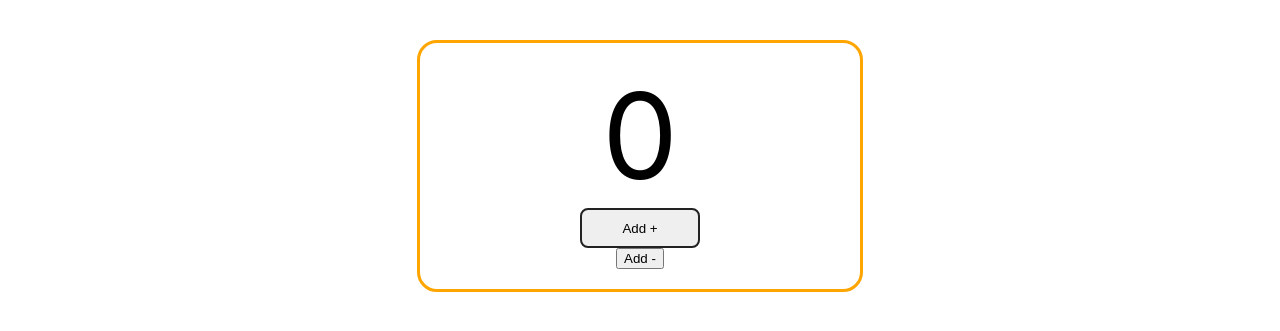
Repository: dnjfht/css-example
Page: /
The author's editor kept a copy of each file at every save. The page is drawn from the files as they stood at one save, then again after the next save.
The browser window is 1280 px wide. The pictures show the whole page.
The project was rebuilt for these pictures with package versions that can differ from the ones it lists, and the page was loaded fresh each time.

Above is the page before, as saved 2023-05-09 18:47:13.

### src/App.js
import React, { useState } from "react";
import Counter from "./components/Counter";

export default function App() {
  const [count, setCount] = useState(0);
  return (
    <div>
      <Counter count={count} setCount={setCount} />
    </div>
  );
}

### src/components/Counter.jsx
import React from "react";

export default function Counter({ count, setCount }) {
  const handleClickCountUp = () => {
    setCount(count + 1);
  };

  const handleClickCountDown = () => {
    if (count > 0) setCount(count - 1);
  };

  return (
    <div
      style={{
        width: 400,
        padding: 20,
        margin: "40px auto",
        border: "3px solid orange",
        borderRadius: 20,
        display: "flex",
        flexDirection: "column",
        alignItems: "center",
      }}
    >
      <span style={{ fontSize: 120 }}>{count}</span>
      <button
        style={{
          width: 120,
          height: 40,
          border: "2px solid #222",
          borderRadius: 8,
        }}
        onClick={handleClickCountUp}
      >
        Add +
      </button>
      <button onClick={handleClickCountDown}>Add -</button>
    </div>
  );
}

Loaded but not shown: public/index.html (common file); src/index.js (common file); src/index.css (common file); src/reportWebVitals.js (common file)

After the next save:
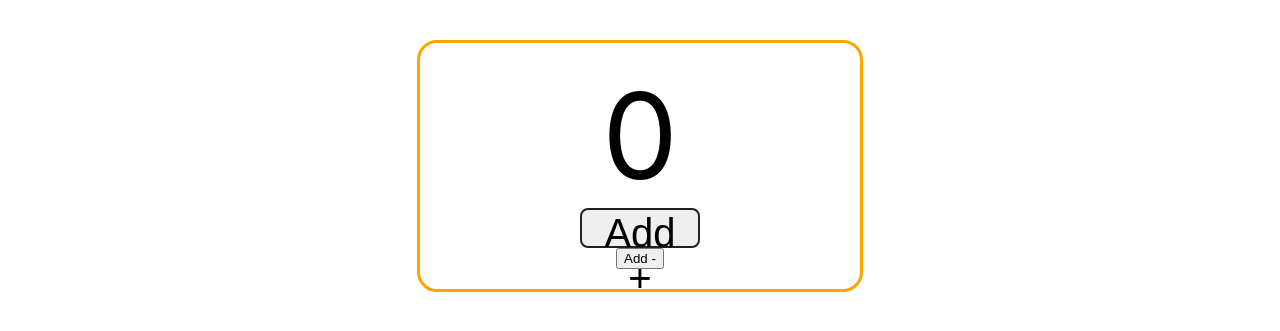
Saved 10 s later.
--- a/src/components/Counter.jsx
+++ b/src/components/Counter.jsx
@@ -29,6 +29,7 @@ export default function Counter({ count, setCount }) {
           height: 40,
           border: "2px solid #222",
           borderRadius: 8,
+          fontSize: 40,
         }}
         onClick={handleClickCountUp}
       >
